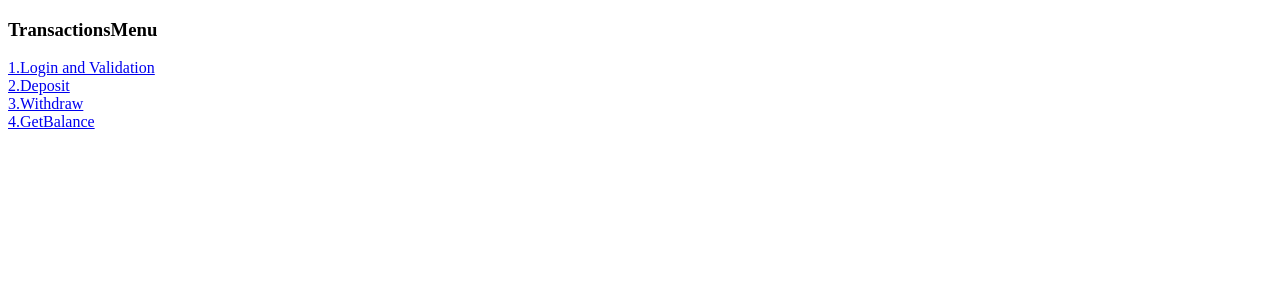
Repository: saiswaroop1547/ctstraining
Page: Banking1/WebContent/TransactionsMenu.html
These files come from the project's save history. The page is drawn as it stood at one moment and after the next save; the edit follows.
The browser window is 1280 px wide. The pictures show the whole page.

Above is the page before, as saved 2020-02-11 07:09:38.

After the next save:
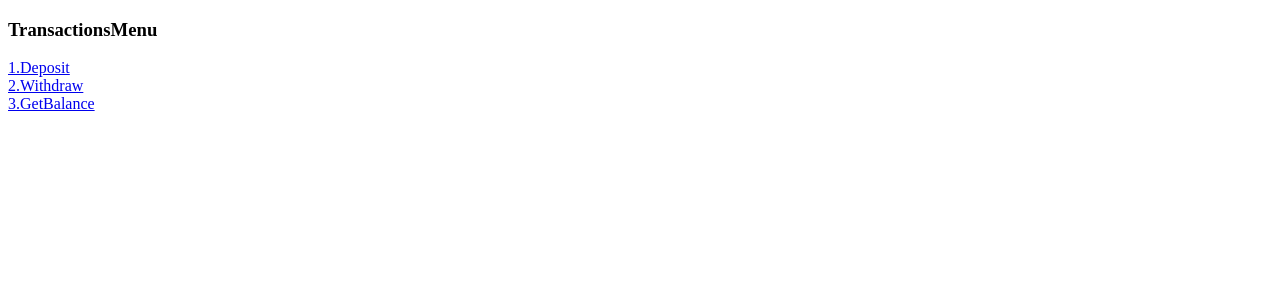
Saved 66 s later.
--- a/Banking1/WebContent/TransactionsMenu.html
+++ b/Banking1/WebContent/TransactionsMenu.html
@@ -7,10 +7,9 @@
 <body>
 <form>
 <h3>TransactionsMenu</h3>
-<a href='index.html'>1.Login and Validation</a><br>
-<a href='Deposit.jsp'>2.Deposit</a><br>
-<a href='Withdraw.jsp'>3.Withdraw</a><br>
-<a href='GetBalance.jsp'>4.GetBalance</a><br>
+<a href='Deposit.jsp'>1.Deposit</a><br>
+<a href='Withdraw.jsp'>2.Withdraw</a><br>
+<a href='GetBalance.jsp'>3.GetBalance</a><br>
 </form>
 </body>
 </html>
